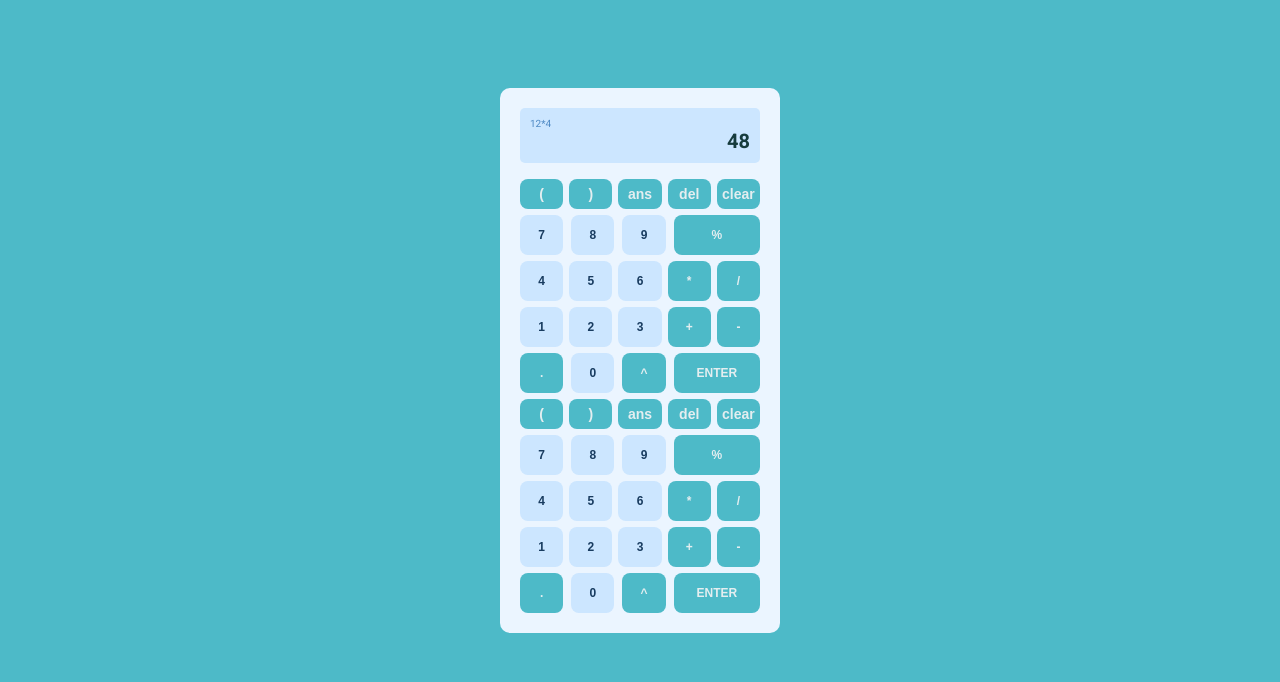
Repository: Herinyhert/Calculate-infix-a-postfix
Page: index.html
These files come from the project's save history. The page is drawn as it stood at one moment and after the next save; the edit follows.
The browser window is 1280 px wide. The pictures show the whole page.

Above is the page before, as saved 2023-11-02 20:07:22.

### index.html
<html lang="en">
  <head>
    <meta charset="UTF-8" />
    <meta http-equiv="X-UA-Compatible" content="IE=edge" />
    <meta name="viewport" content="width=device-width, initial-scale=1.0" />
    <title>Calculator</title>
    <link rel="preconnect" href="https://fonts.googleapis.com" />
    <link rel="preconnect" href="https://fonts.gstatic.com" crossorigin />
    <link
      href="https://fonts.googleapis.com/css2?family=Roboto:wght@300;400;500;700&display=swap"
      rel="stylesheet"
    />
    <link rel="stylesheet" href="css/index.css" />
  </head>
  <body>
    <div class="caculate-container">
      <div class="calculator-result-preview">
        <div id="operation">12*4</div>
        <div id="operation-result">48</div>
      </div>
      <div id="calculator-buttons"></div>
    </div>
    <script src="js/index.js" type="module"></script>
  </body>
</html>

### css/index.css
body {
  display: flex;
  justify-content: center;
  align-items: center;
  min-height: 100vh;
  background-color: #4dbac8;
  box-sizing: border-box;
  margin: 0;
  padding: 0;
  font-family: "Roboto", sans-serif;
}
.caculate-container {
  background-color: #ebf5ff;
  padding: 20px;
  border-radius: 10px;
  width: 240px;
}
.calculator-result-preview {
  background-color: #cce6ff;
  width: auto;
  border-radius: 5px;
  padding: 10px;
}
#operation {
  color: #4f8ac5;
  font-size: 10px;
}
#operation-result {
  color: #173c3d;
  font-size: 20px;
  font-weight: bold;
  display: flex;
  justify-content: flex-end;
}
#calculator-buttons {
  display: flex;
  justify-content: space-between;
  margin-top: 10px;
  flex-wrap: wrap;
}
.button {
  background-color: #cce6ff;
  padding: 5px;
  border-radius: 8px;
  width: 18%;
  height: 40px;
  border: 0;
  color: #193c60;
  font-weight: bold;
  font-size: 12px;
  margin-top: 6px;
}
.dark {
  background-color: #4dbac8;
  color: #e4eef0;
}
.small {
  height: 30px;
  font-size: 14px;
}
.large{
    width: 36%;
}

### js/index.js
import { buttons } from './buttons.js';
const buttonContainer = document.getElementById('calculator-buttons');
buttons.forEach(button => {
    const buttonElement = document.createElement('button');
    buttonElement.className = button.className;
    buttonElement.innerText = button.value.toString();
    buttonContainer.appendChild(buttonElement);
});

### js/buttons.js
import { calculate } from "./calculator.js";
let operation = "";
const operationContainer = document.getElementById("operation");
const operationResult = document.getElementById("operation-result");
const buttonContainer = document.getElementById("calculator-buttons");
function addValue(value) {
    operation += value;
    operationContainer.innerHTML = operation;
}
function handleCalculate(operation) {
    operationResult.innerHTML = calculate(operation).toString();
}
function handleClear() {
    operation = "";
    operationContainer.innerHTML = "";
    operationResult.innerHTML = "0";
}
function handleDelete() {
    operation = operation.slice(0, operation.length - 1);
    operationContainer.innerHTML = operation;
}
export const buttons = [
    {
        value: "(",
        className: "button small dark",
        action: addValue,
    },
    {
        value: ")",
        className: "button small dark",
        action: addValue,
    },
    {
        value: "ans",
        className: "button small dark",
        action: addValue,
    },
    {
        value: "del",
        className: "button small dark",
        action: handleDelete,
    },
    {
        value: "clear",
        className: "button small dark",
        action: handleClear,
    },
    {
        value: "7",
        className: "button",
        action: addValue,
    },
    {
        value: "8",
        className: "button",
        action: addValue,
    },
    {
        value: "9",
        className: "button",
        action: addValue,
    },
    {
        value: "%",
        className: "button dark large",
        action: addValue,
    },
    //   {
    //     value: "√",
    //     className: "button dark",
    //     action: addValue,
    //   },
    {
        value: "4",
        className: "button",
        action: addValue,
    },
    {
        value: "5",
        className: "button",
        action: addValue,
    },
    {
        value: "6",
        className: "button",
        action: addValue,
    },
    {
        value: "*",
        className: "button dark",
        action: addValue,
    },
    {
        value: "/",
        className: "button dark",
        action: addValue,
    },
    {
        value: "1",
        className: "button",
        action: addValue,
    },
    {
        value: "2",
        className: "button",
        action: addValue,
    },
    {
        value: "3",
        className: "button",
        action: addValue,
    },
    {
        value: "+",
        className: "button dark",
        action: addValue,
    },
    {
        value: "-",
        className: "button dark",
        action: addValue,
    },
    {
        value: ".",
        className: "button dark",
        action: addValue,
    },
    {
        value: "0",
        className: "button",
        action: addValue,
    },
    {
        value: "^",
        className: "button dark",
        action: addValue,
    },
    {
        value: "ENTER",
        className: "button dark large",
        action: handleCalculate,
    },
];
buttons.forEach((button) => {
    const buttonElement = document.createElement("button");
    buttonElement.className = button.className;
    buttonElement.innerText = button.value.toString();
    if (button.value === "ENTER") {
        buttonElement.addEventListener("click", () => button.action(operation));
    }
    else {
        buttonElement.addEventListener("click", () => button.action(button.value.toLocaleString()));
    }
    buttonContainer === null || buttonContainer === void 0 ? void 0 : buttonContainer.appendChild(buttonElement);
});

### js/calculator.js
import { OPERATORS } from "./enums/operators.js";
const OPERAND_STACK = [];
const OPERATOR_STACK = [];
function isOperator(operator) {
    return (operator === OPERATORS.POW ||
        operator === OPERATORS.MINUS ||
        operator === OPERATORS.PLUS ||
        operator === OPERATORS.MULTIPLY ||
        operator === OPERATORS.DIVIDE ||
        operator === OPERATORS.MODULE);
}
function getProcedence(operator) {
    if (operator === OPERATORS.POW) {
        return 3;
    }
    else if (operator === OPERATORS.MULTIPLY ||
        operator === OPERATORS.DIVIDE ||
        operator === OPERATORS.MODULE) {
        return 2;
    }
    else if (operator === OPERATORS.PLUS || operator === OPERATORS.MINUS) {
        return 1;
    }
    return -1;
}
const action = {
    [OPERATORS.DIVIDE]: (leftNumber, rightNumber) => rightNumber / leftNumber,
    [OPERATORS.PLUS]: (leftNumber, rightNumber) => leftNumber + rightNumber,
    [OPERATORS.MINUS]: (leftNumber, rightNumber) => rightNumber - leftNumber,
    [OPERATORS.MULTIPLY]: (leftNumber, rightNumber) => leftNumber * rightNumber,
    [OPERATORS.MODULE]: (leftNumber, rightNumber) => leftNumber % rightNumber,
    [OPERATORS.POW]: (leftNumber, rightNumber) => Math.pow(leftNumber, rightNumber),
};
function calculateOperation() {
    const leftSideNumber = OPERATOR_STACK.pop(); //2
    const operation = OPERAND_STACK.pop(); //+
    const rightSideNumber = OPERATOR_STACK.pop(); //2
    return action[operation](leftSideNumber, rightSideNumber);
}
function evaluateExpression(expression) {
    for (let i = 0; i < expression.length; i++) {
        let currentOperation = expression[i];
        if (!isNaN(Number(currentOperation))) {
            let currentNumber = "";
            while (!isNaN(Number(currentOperation))) {
                currentNumber = `${currentNumber}${currentOperation}`;
                i++;
                if (i < expression.length) {
                    currentOperation = expression.charAt(i);
                }
                else {
                    break;
                }
            }
            i--;
            OPERATOR_STACK.push(Number(currentNumber));
        }
        else if (currentOperation === "(") {
            OPERAND_STACK.push(currentOperation);
        }
        else if (currentOperation === ")") {
            while (OPERAND_STACK[OPERAND_STACK.length - 1] !== "(") {
                const output = calculateOperation();
                OPERATOR_STACK.push(output);
            }
            OPERAND_STACK.pop();
        }
        else if (isOperator(currentOperation)) {
            while (OPERAND_STACK.length !== 0 &&
                getProcedence(currentOperation) <=
                    getProcedence(OPERAND_STACK[OPERAND_STACK.length - 1])) {
                const output = calculateOperation();
                OPERATOR_STACK.push(output);
            }
            OPERAND_STACK.push(currentOperation);
        }
    }
    while (OPERAND_STACK.length !== 0) {
        const output = calculateOperation();
        OPERATOR_STACK.push(output);
    }
    return OPERATOR_STACK.pop();
}
export function calculate(operation) {
    return evaluateExpression(operation);
}

### js/enums/operators.js
export var OPERATORS;
(function (OPERATORS) {
    OPERATORS["PLUS"] = "+";
    OPERATORS["MINUS"] = "-";
    OPERATORS["MULTIPLY"] = "*";
    OPERATORS["DIVIDE"] = "/";
    OPERATORS["SQUARE_ROOT"] = "\u221A";
    OPERATORS["MODULE"] = "%";
    OPERATORS["POW"] = "^";
})(OPERATORS || (OPERATORS = {}));

After the next save:
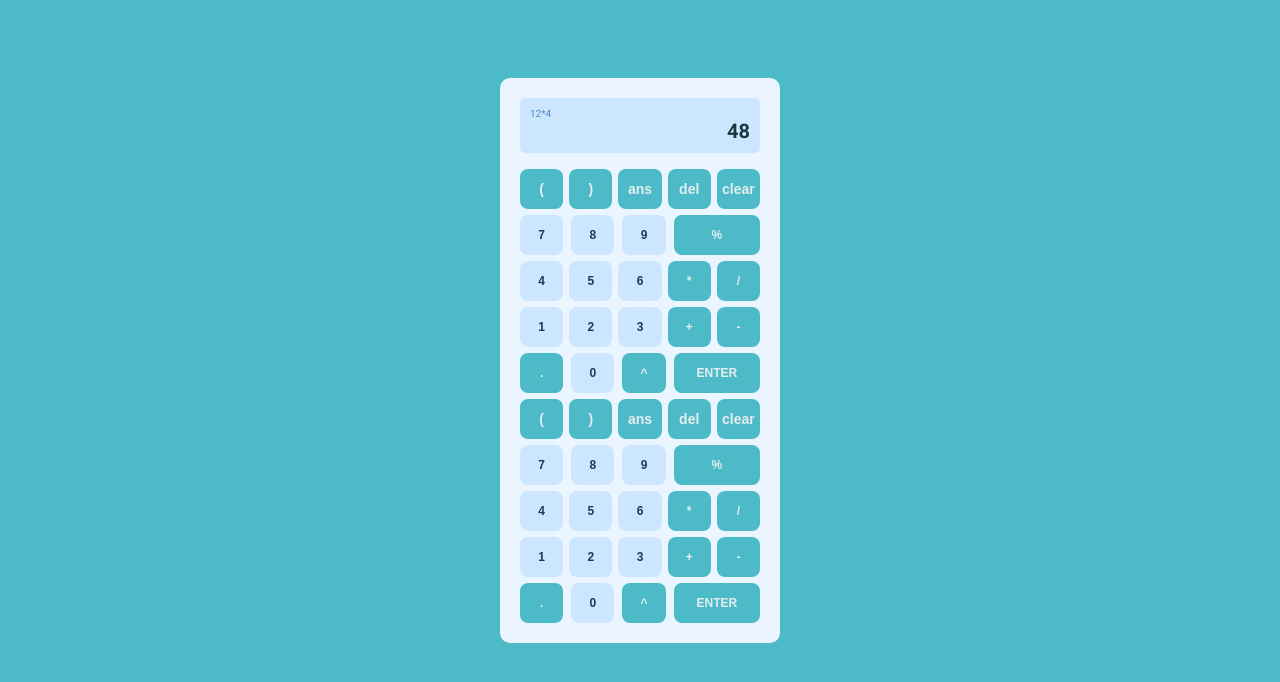
Saved 3 min 24 s later.
--- a/css/index.css
+++ b/css/index.css
@@ -55,7 +55,7 @@ body {
   color: #e4eef0;
 }
 .small {
-  height: 30px;
+  /* height: 30px; */
   font-size: 14px;
 }
 .large{
